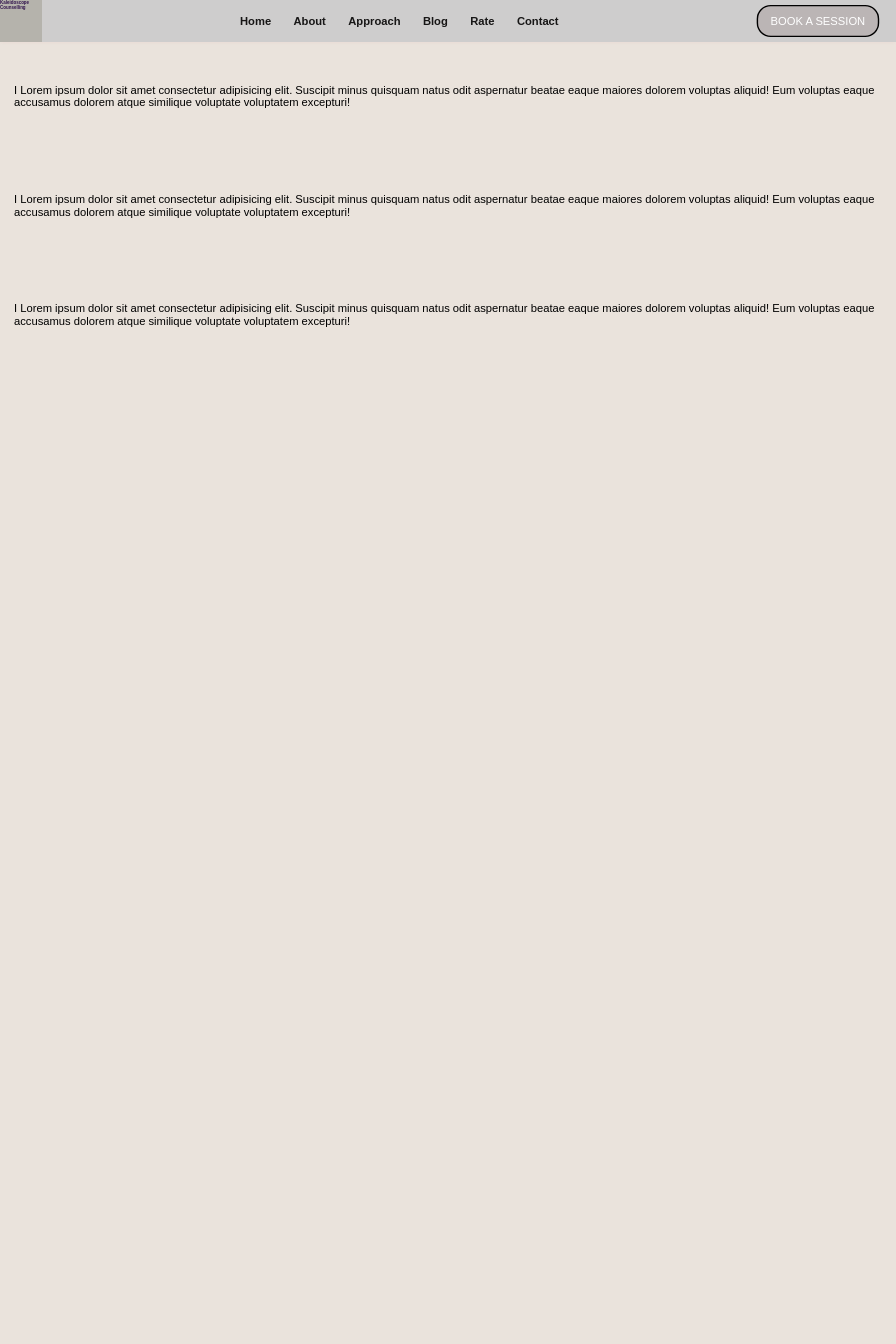
Repository: voutadi/Project1
Page: index.html
These files come from the project's save history. The page is drawn as it stood at one moment and after the next save; the edit follows.
The browser window is 1280 px wide. The pictures show the part of the page from y = 0 to 1920 px (the page is 3120 px tall), at 70% of full size.
The pointer rests on the first visible `button`.

Above is the page before, as saved 2024-07-08 22:38:48.

After the next save:
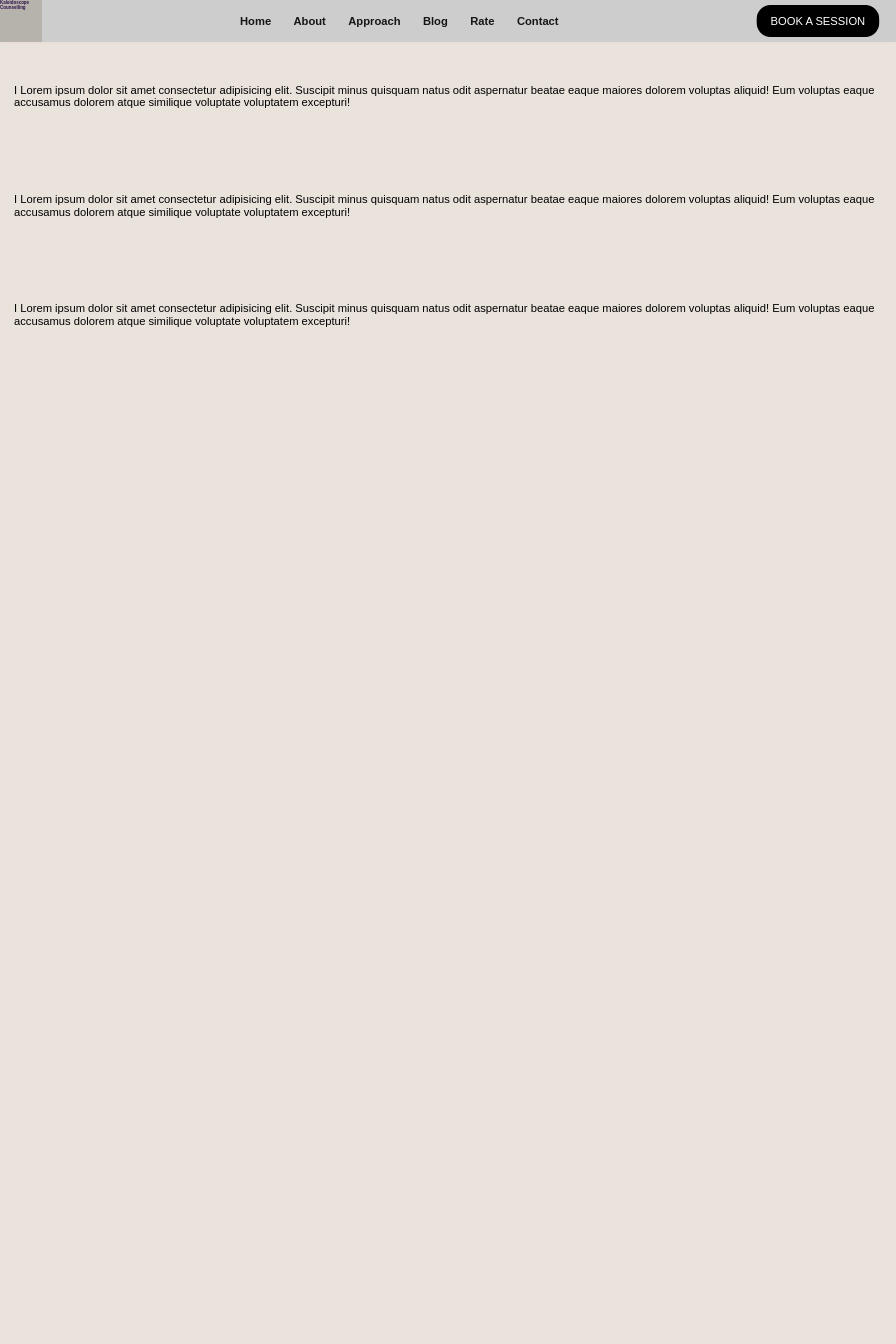
Saved 6 min 27 s later.
--- a/styles/style.css
+++ b/styles/style.css
@@ -79,7 +79,7 @@ button {
   cursor: pointer;
 }
 button:hover {
-  background-color: rgb(187, 181, 181);
+  background-color: rgb(187, 181181);
   transition: 0.15s;
   padding: 12px 18px;
 }
